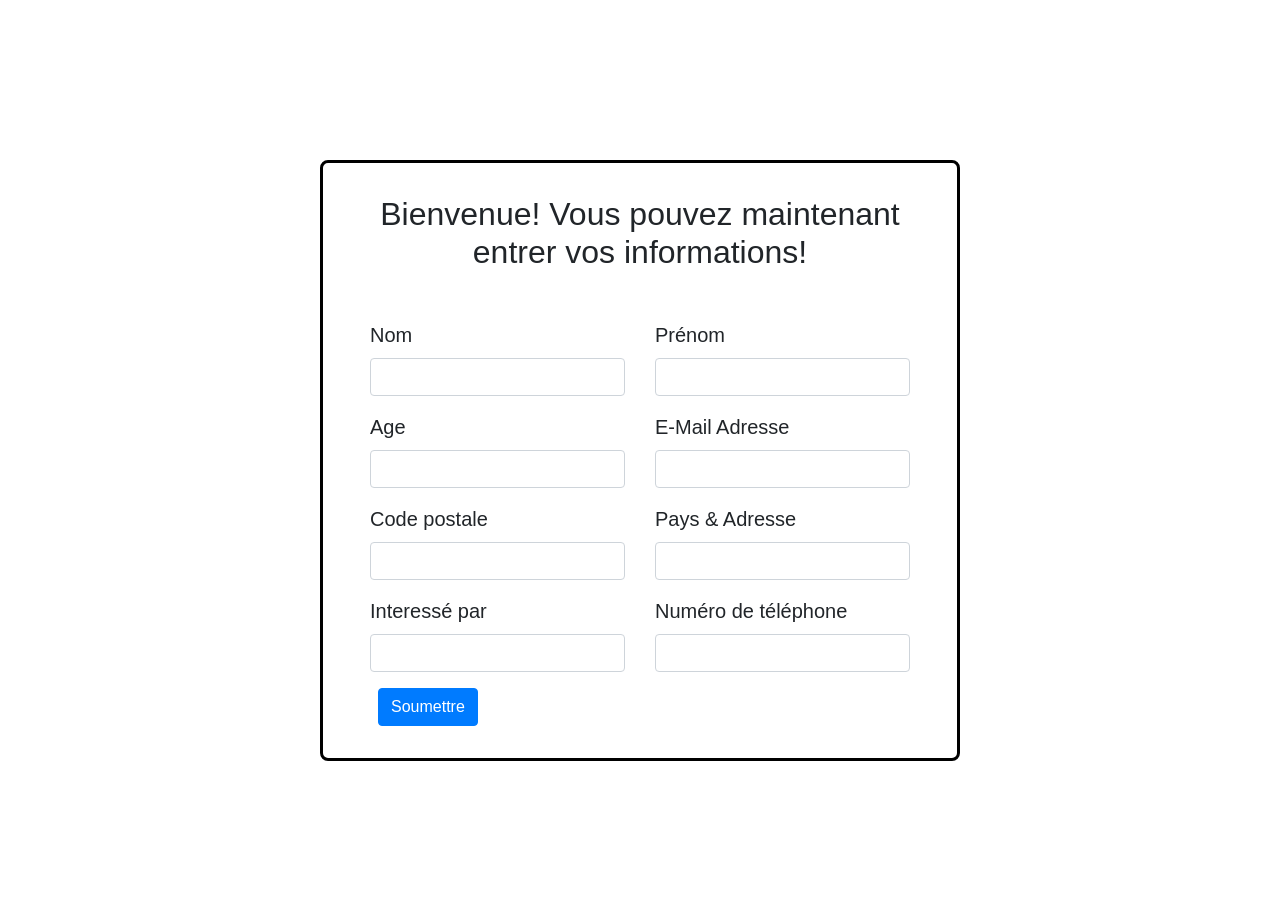
Repository: Aminox84/frontend-main
Page: /
The author's editor kept a copy of each file at every save. The page is drawn from the files as they stood at one save, then again after the next save.
The browser window is 1280 px wide. The pictures show the whole page.
The project was rebuilt for these pictures with package versions that can differ from the ones it lists, and the page was loaded fresh each time.

Above is the page before, as saved 2022-12-29 21:12:10.

After the next save:
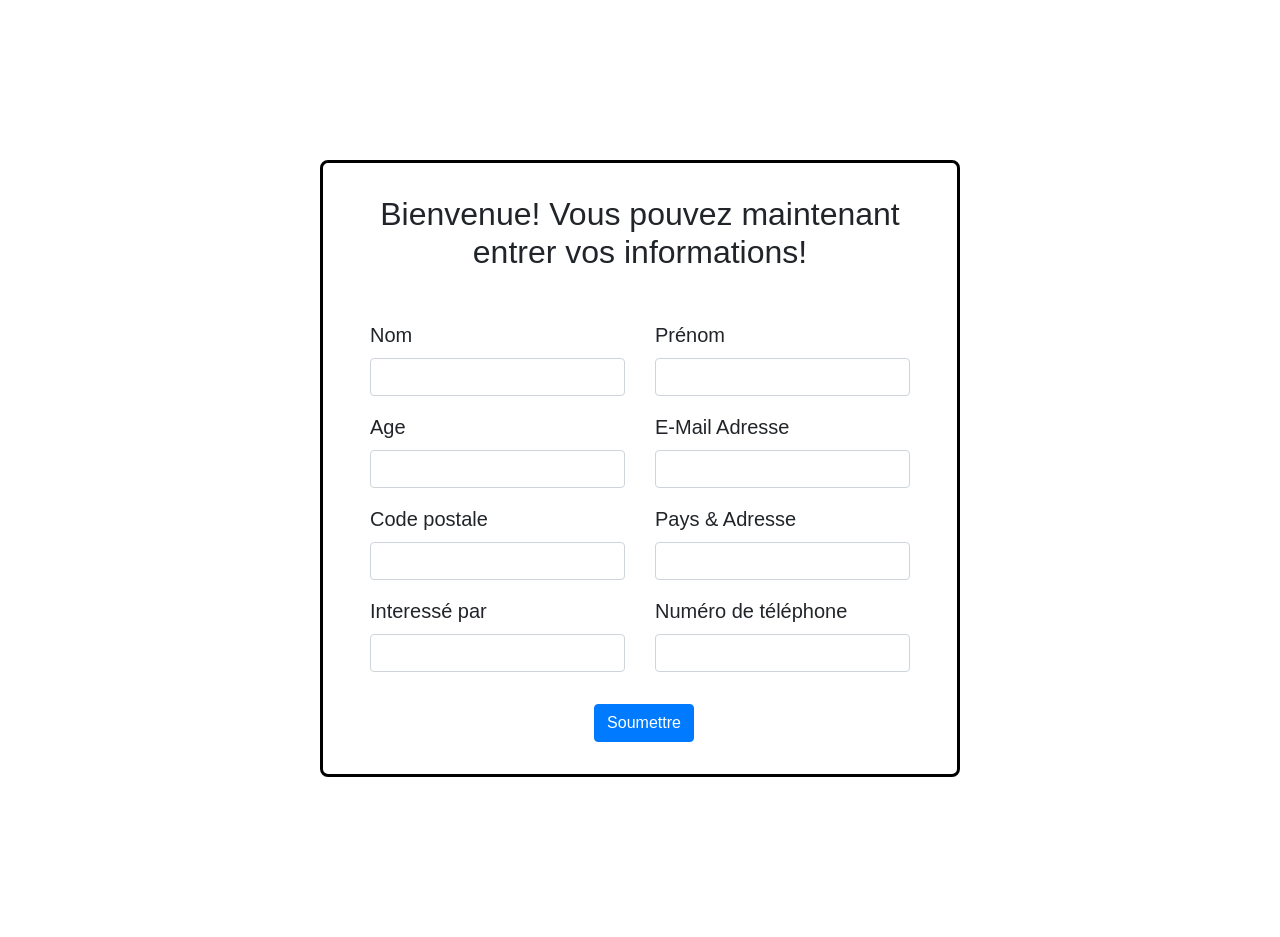
Saved 2 s later.
--- a/src/userForm.tsx
+++ b/src/userForm.tsx
@@ -208,8 +208,10 @@ const UserForm= ()=> {
             </div>
           </div>
         </div>
-        <button type="button" className='btn btn-primary ml-2'>Soumettre</button>
-
+        <div className='d-flex justify-content-center mt-3'>
+       {/* {!isFirstStep && <button className='btn btn-primary ml-2' type="button" onClick={back}>Back</button>} */}
+       <button type="button" className='btn btn-primary ml-2'>Soumettre</button>
+       </div>
       </div>
     </>
   )
